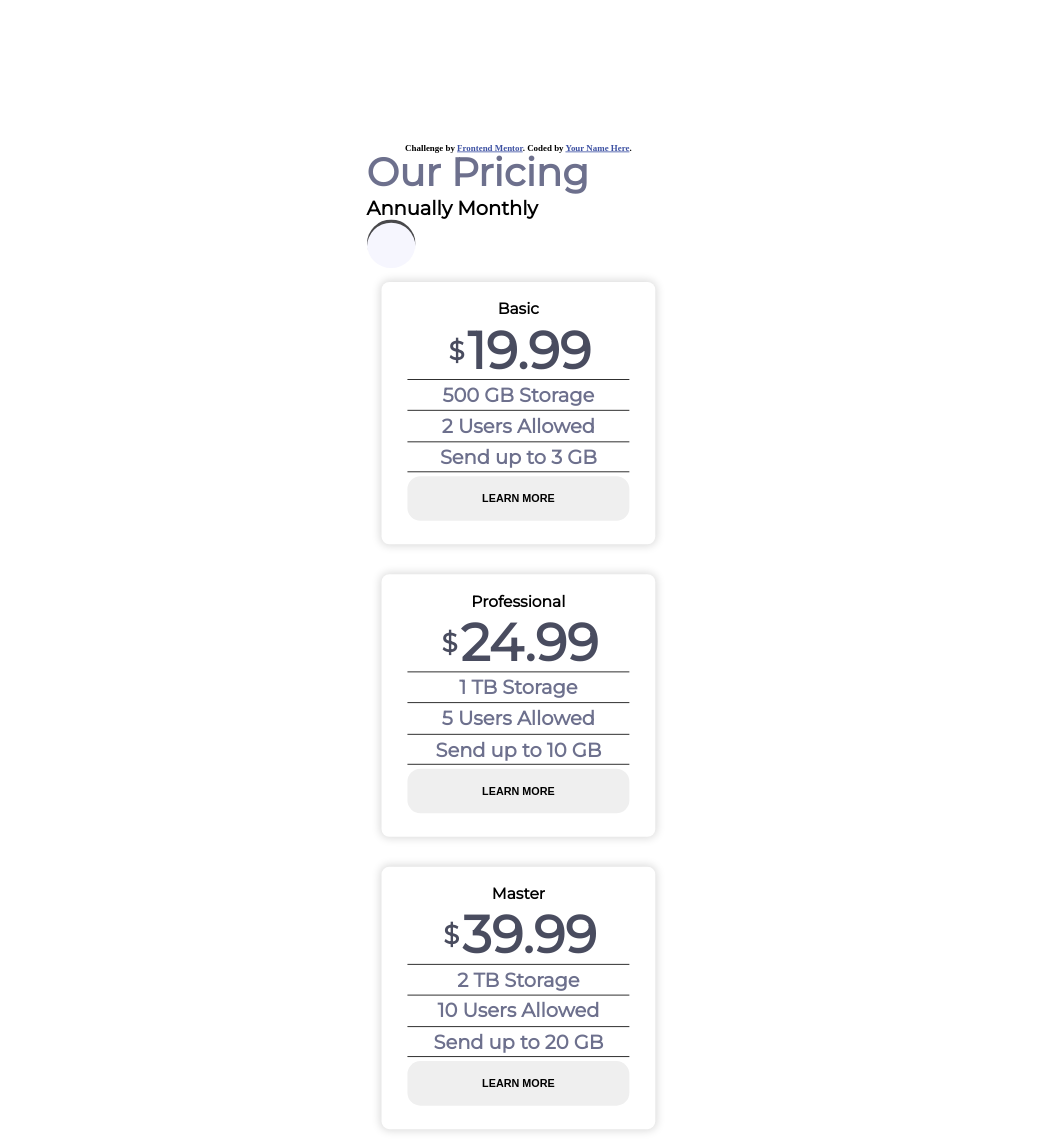
Repository: JuzzJoel/pricing-component-with-toggle-master
Page: index.html
An editor plug-in stored every save of this project. The page is shown before and after a run of saves, followed by the edit.
The browser window is 1280 px wide. The pictures show the whole page, at 81% of full size.

Above is the page before, as saved 2025-05-24 10:53:24.

After the next 2 saves:
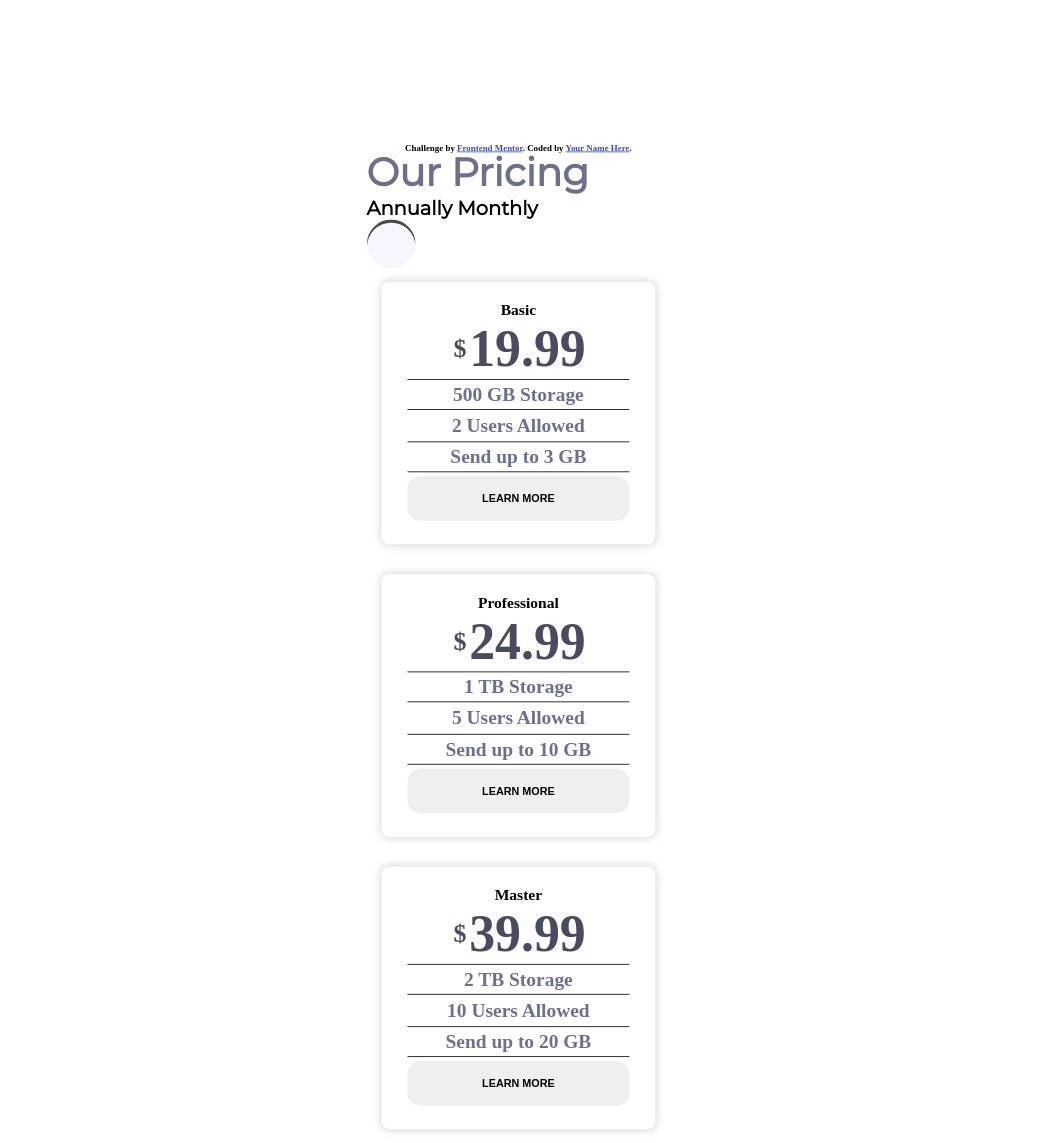
The 2 saves are shown as one change because they came seconds apart.
The last was saved 9 s later.
--- a/index.html
+++ b/index.html
@@ -131,6 +131,7 @@
           justify-content: space-between;
           width: 90%;
           height: 85%;
+          font-family: serif;
         }
         .card>*{
           width: inherit;

After the 3 saves that followed:
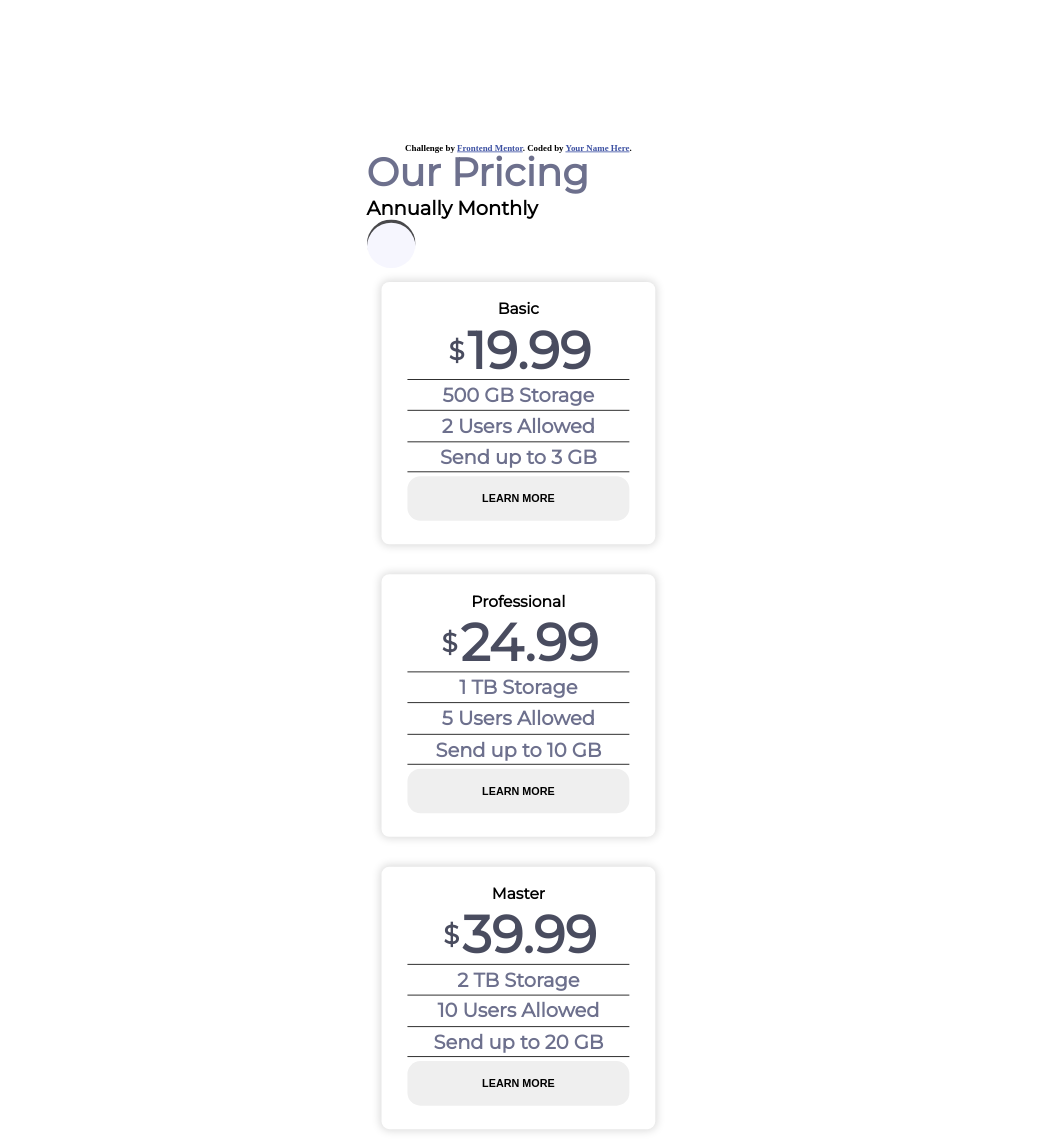
The 3 saves are shown as one change because 1 left the picture as it was and some came seconds apart.
The last was saved 27 s later.
--- a/index.html
+++ b/index.html
@@ -131,7 +131,7 @@
           justify-content: space-between;
           width: 90%;
           height: 85%;
-          font-family: serif;
+          font-family: "Montserrat", sans-serif;
         }
         .card>*{
           width: inherit;
